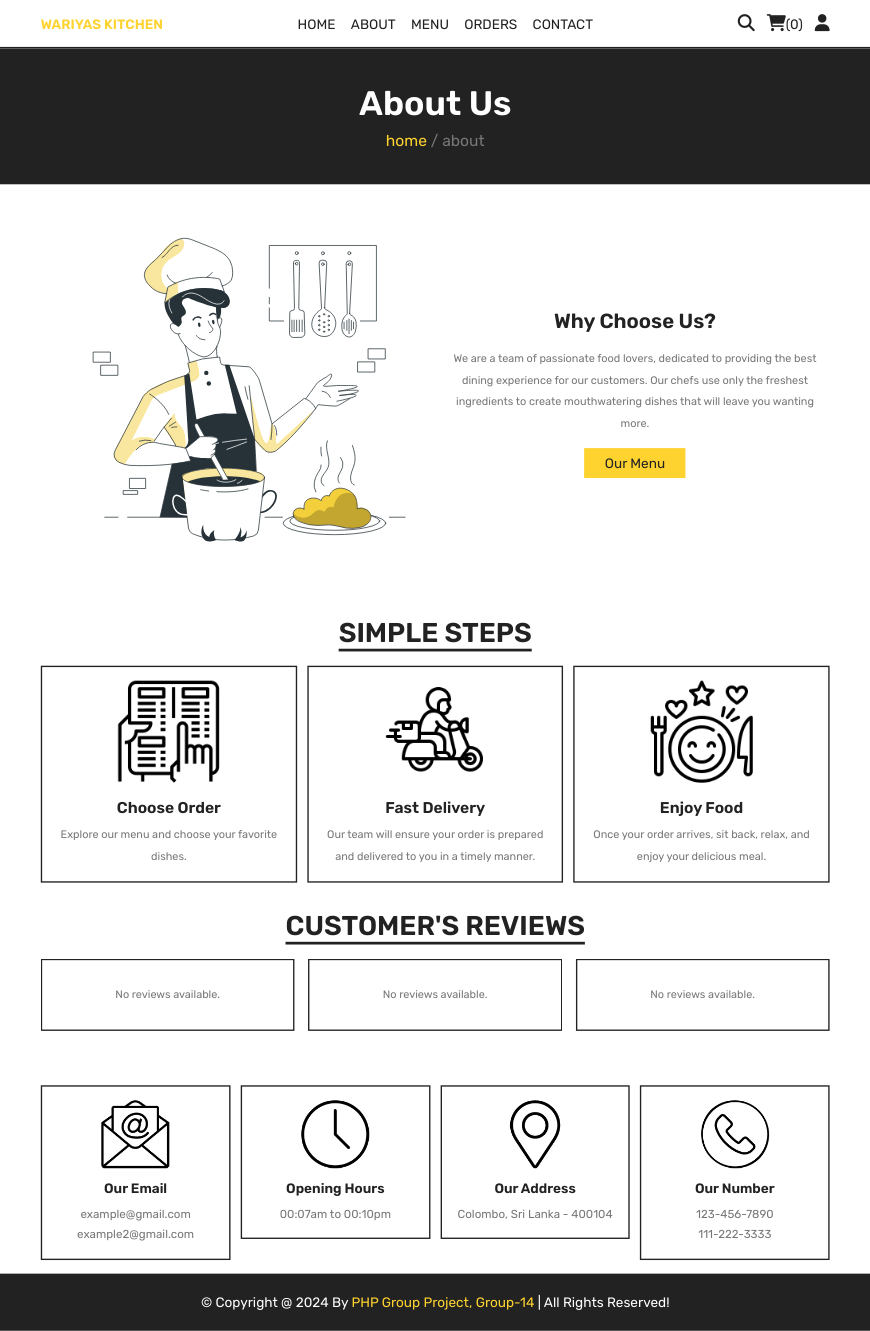
Repository: navodniwarshana/food_order_site
Page: http://localhost/about.php
An editor plug-in stored every save of this project. The page is shown before and after the next save, followed by the edit.
The browser window is 1280 px wide. The pictures show the whole page, at 68% of full size.
Some web libraries are served in a nearby version. The page is run by PHP 8.4 with error messages shown; the project is at /var/www/html/. Queries for data that is not in the repository find no rows.

Above is the page before, as saved 2024-09-28 19:18:10.
Console error: TypeError: Cannot read properties of null (reading 'style')

After the next save:
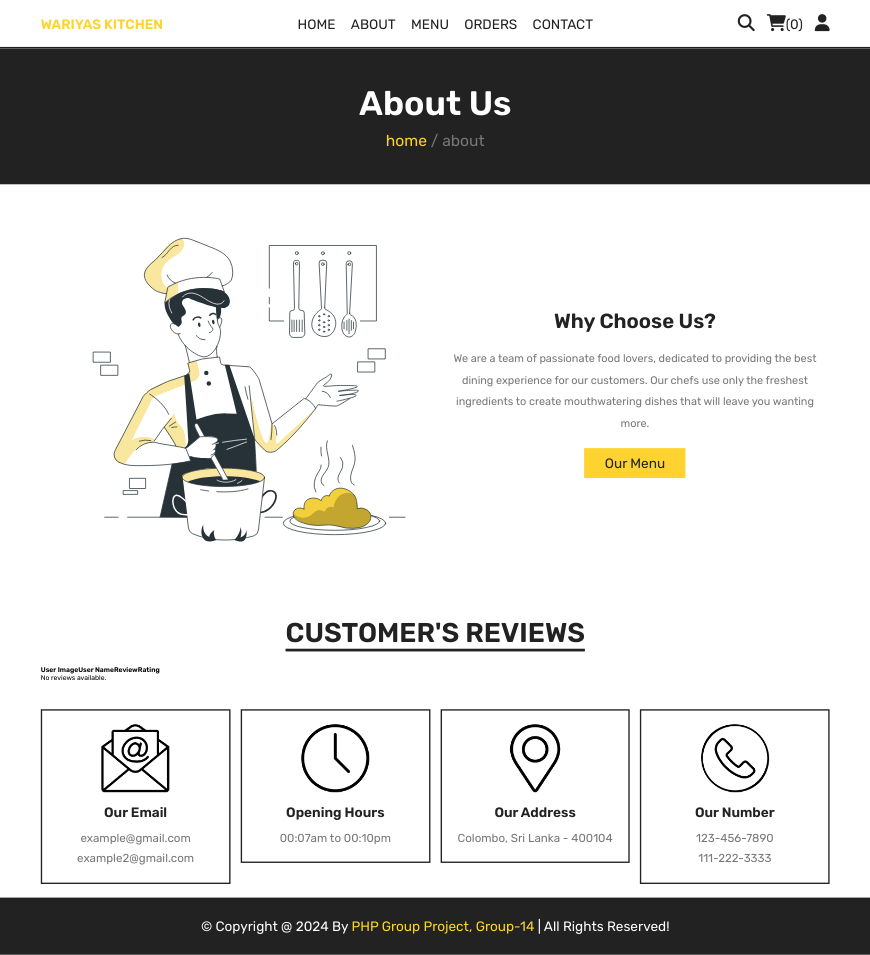
Saved 5 min 53 s later.
--- a/about.php
+++ b/about.php
@@ -54,52 +54,37 @@ if (isset($_SESSION['user_id'])) {
    </section>
    <!-- about section ends -->
 
-   <!-- steps section starts  -->
-   <section class="steps">
-      <h1 class="title">simple steps</h1>
-      <div class="box-container">
-         <div class="box">
-            <img src="images/step-1.png" alt="">
-            <h3>choose order</h3>
-            <p>Explore our menu and choose your favorite dishes.</p>
-         </div>
-         <div class="box">
-            <img src="images/step-2.png" alt="">
-            <h3>fast delivery</h3>
-            <p>Our team will ensure your order is prepared and delivered to you in a timely manner.</p>
-         </div>
-         <div class="box">
-            <img src="images/step-3.png" alt="">
-            <h3>enjoy food</h3>
-            <p>Once your order arrives, sit back, relax, and enjoy your delicious meal.</p>
-         </div>
-      </div>
-   </section>
-   <!-- steps section ends -->
-
-   <!-- reviews section starts  -->
+   <!-- reviews section starts -->
    <section class="reviews">
-      <h1 class="title">customer's reviews</h1>
-      <div class="swiper reviews-slider">
-         <div class="swiper-wrapper">
+      <h1 class="title">Customer's Reviews</h1>
+      <table border="1" cellpadding="10" cellspacing="0">
+         <thead>
+            <tr>
+               <th>User Image</th>
+               <th>User Name</th>
+               <th>Review</th>
+               <th>Rating</th>
+            </tr>
+         </thead>
+         <tbody>
 
             <?php
-            // Fetch reviews with correct JOIN condition
+            // Fetch reviews with the correct JOIN condition
             $select_reviews = $conn->prepare("SELECT r.id, r.review_text, r.rating, u.name, u.user_image
                                               FROM `reviews` r
-                                              JOIN `users` u
-                                              ON r.id = u.id
-                                              GROUP BY r.id"); // Use GROUP BY to ensure each review is unique
+                                              JOIN `users` u ON r.user_id = u.id
+                                              GROUP BY r.id"); // Ensuring unique reviews
             $select_reviews->execute();
             $reviews = $select_reviews->fetchAll(PDO::FETCH_ASSOC);
 
             if (count($reviews) > 0) {
-               // Loop through all reviews
+               // Loop through all reviews and display them in a table
                foreach ($reviews as $review) {
-                  echo '<div class="swiper-slide slide">';
-                  echo '<img src="' . $review['user_image'] . '" alt="User Image">';
-                  echo '<p>"' . $review['review_text'] . '"</p>';
-                  echo '<div class="stars">';
+                  echo '<tr>';
+                  echo '<td><img src="' . $review['user_image'] . '" alt="User Image" width="50" height="50"></td>';
+                  echo '<td>' . $review['name'] . '</td>';
+                  echo '<td>"' . $review['review_text'] . '"</td>';
+                  echo '<td>';
 
                   // Display the star rating
                   for ($i = 0; $i < 5; $i++) {
@@ -110,53 +95,26 @@ if (isset($_SESSION['user_id'])) {
                      }
                   }
 
-                  echo '</div>';
-                  echo '<h3>' . $review['name'] . '</h3>';
-                  echo '</div>';
+                  echo '</td>';
+                  echo '</tr>';
                }
             } else {
-               echo '<div class="swiper-slide slide">';
-               echo '<p>No reviews available.</p>';
-               echo '</div>';
+               echo '<tr><td colspan="4">No reviews available.</td></tr>';
             }
             ?>
 
-         </div>
-         <div class="swiper-pagination"></div>
-      </div>
+         </tbody>
+      </table>
    </section>
    <!-- reviews section ends -->
 
-   <!-- footer section starts  -->
+   <!-- footer section starts -->
    <?php include 'components/footer.php'; ?>
    <!-- footer section ends -->
 
    <script src="https://unpkg.com/swiper@8/swiper-bundle.min.js"></script>
-   <!-- custom js file link  -->
+   <!-- custom js file link -->
    <script src="js/script.js"></script>
-
-   <script>
-      var swiper = new Swiper(".reviews-slider", {
-         loop: true,
-         grabCursor: true,
-         spaceBetween: 20,
-         pagination: {
-            el: ".swiper-pagination",
-            clickable: true,
-         },
-         breakpoints: {
-            0: {
-               slidesPerView: 1,
-            },
-            700: {
-               slidesPerView: 2,
-            },
-            1024: {
-               slidesPerView: 3,
-            },
-         },
-      });
-   </script>
 
 </body>
 
